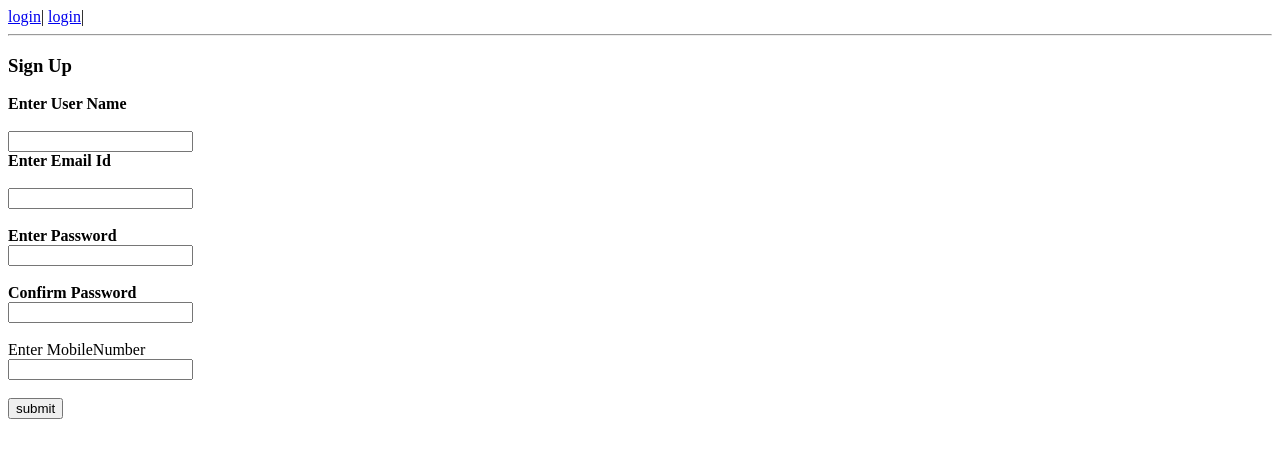
Repository: ashwinipatil321/ServletPrograms
Page: http://localhost/loginAndRegisterServlet/Register.jsp
The author's editor kept a copy of each file at every save. The page is drawn from the files as they stood at one save, then again after the next save.
The browser window is 1280 px wide. The pictures show the whole page.
The page is served by Tomcat 9.

Above is the page before, as saved 2017-11-04 10:51:56.

After the next save:
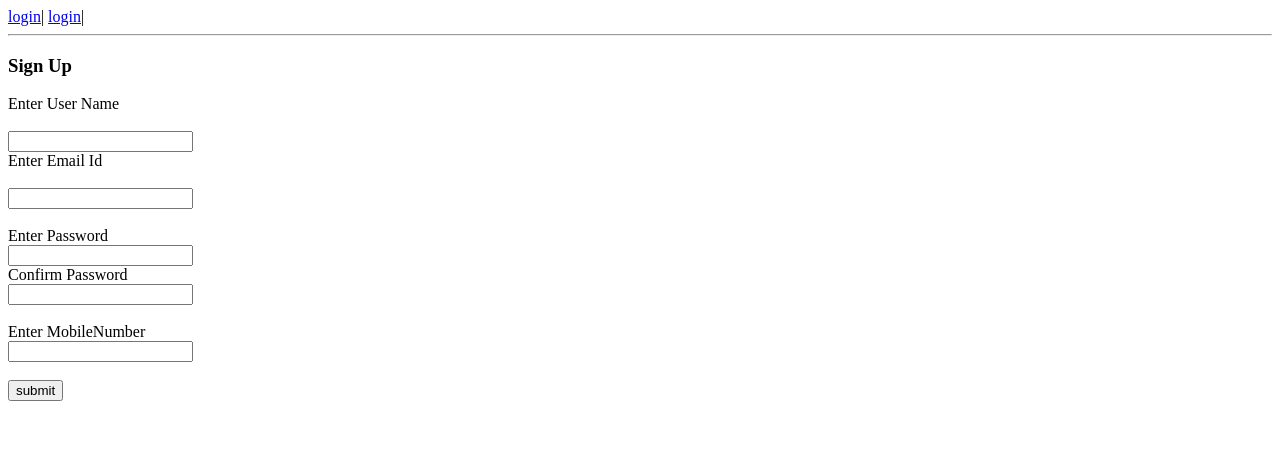
Saved 81 s later.
--- a/loginAndRegisterServlet/WebContent/Register.jsp
+++ b/loginAndRegisterServlet/WebContent/Register.jsp
@@ -13,13 +13,13 @@
     <h3> Sign Up </h3>
 
 <form action="RegisterServlet" method="post">
- <label><b>Enter User Name</b></label><br></br>
+ <label>Enter User Name</label><br></br>
 <input type="text"name="UserName" required><br>
- <label><b>Enter Email Id</b></label><br></br>
+ <label>Enter Email Id</label><br></br>
 <input type="text" name="EmailId"/><br/><br>
- <label><b>Enter Password</b></label><br>
-<input type="text" name="password"/><br/><br>
- <label><b>Confirm Password</b></label><br>
+ <label>Enter Password</label><br>
+<input type="text" name="password"/><br>
+ <label>Confirm Password</label><br>
 <input type="text" name="confirmPassword"/><br/><br>
  <label>Enter MobileNumber</label><br>
 <input type="number" name="confirmPassword"/><br/><br>
